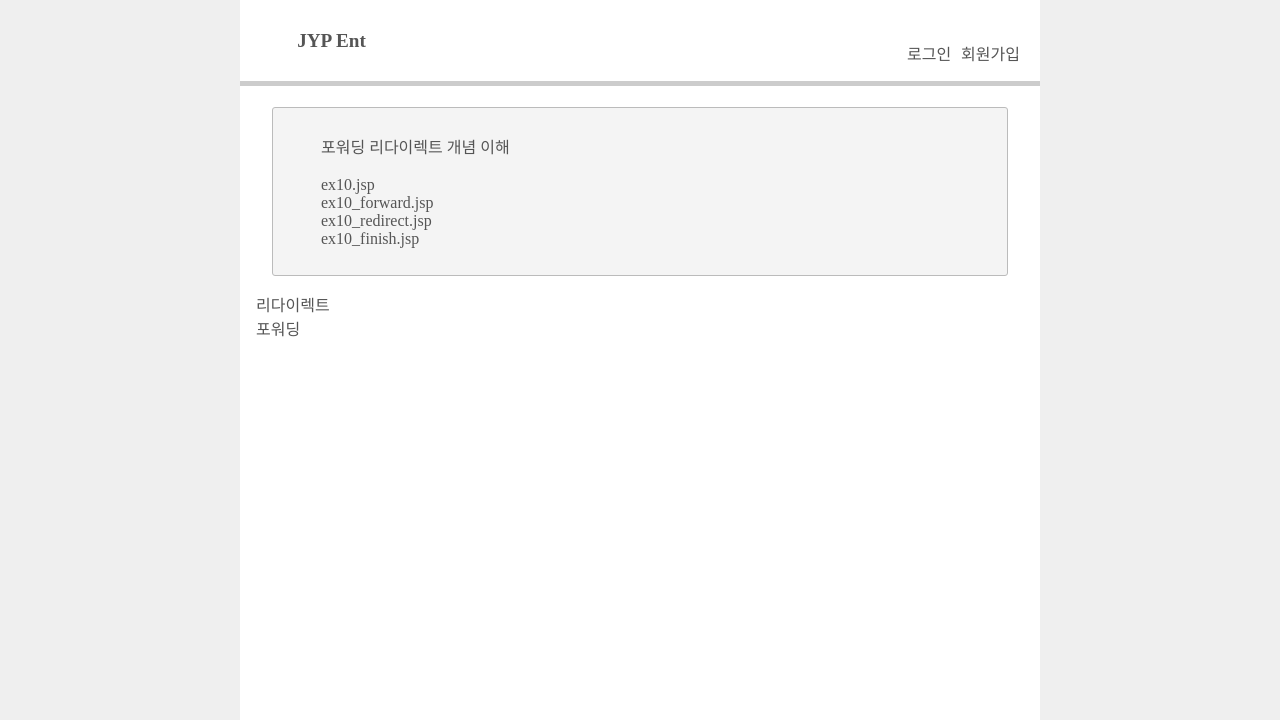
Repository: junyong231/JSP-SSIT
Page: http://localhost/jspPro/days03/ex10.jsp
The author's editor kept a copy of each file at every save. The page is drawn from the files as they stood at one save, then again after the next save.
The browser window is 1280 px wide. The pictures show the whole page.
Some web fonts or font styles are not loaded; a fallback is used. The page is served by Tomcat 9.

Above is the page before, as saved 2024-10-17 08:04:27.

After the next save:
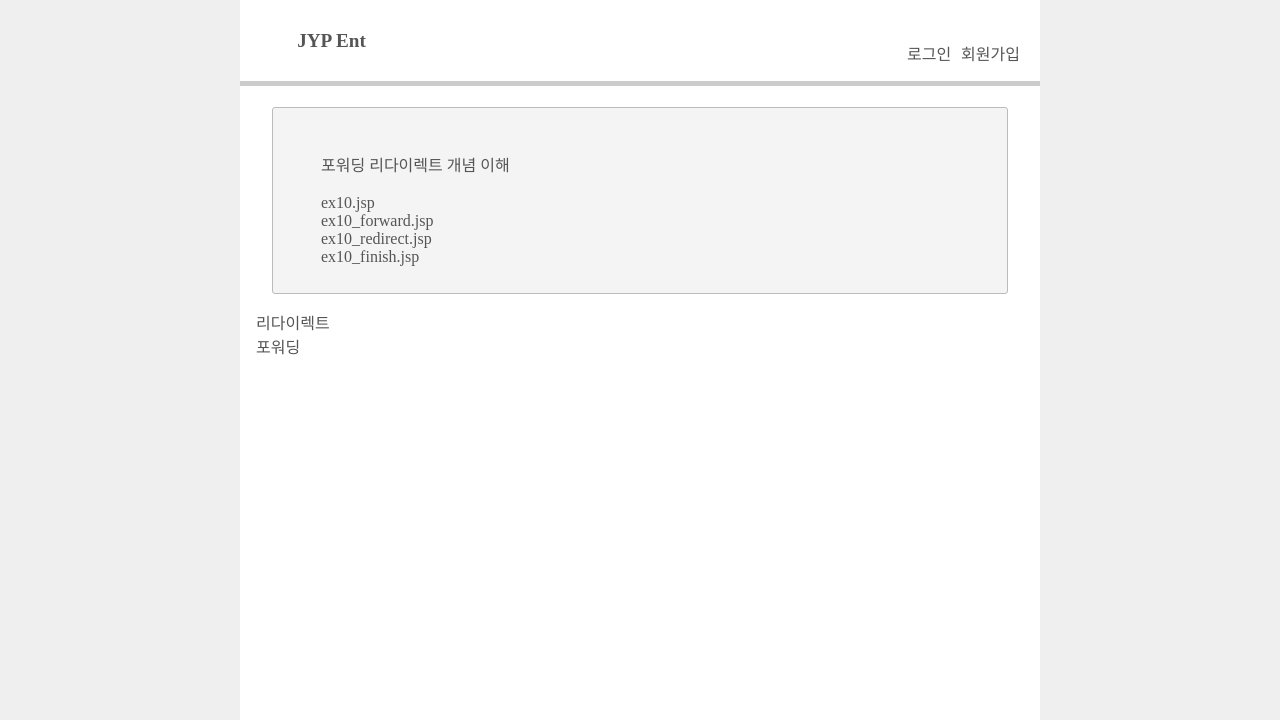
Saved 46 s later.
--- a/jspPro/src/main/webapp/days03/ex10.jsp
+++ b/jspPro/src/main/webapp/days03/ex10.jsp
@@ -26,6 +26,11 @@
 </header>
 <div>
   <xmp class="code">
+  <%
+  	String name = "admin";
+
+
+  %>
     	포워딩 리다이렉트 개념 이해
 
     	ex10.jsp
